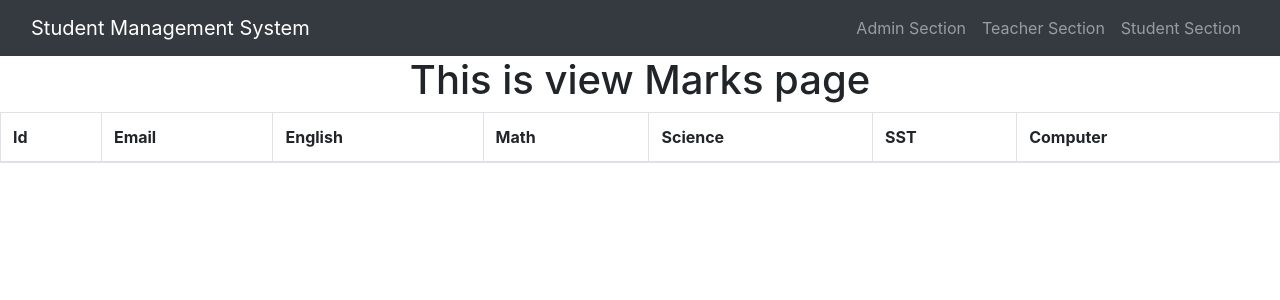
Repository: arupmaji404/StudentManagementSystem
Page: http://localhost/teacher/viewclassmarks
An editor plug-in stored every save of this project. The page is shown before and after the next save, followed by the edit.
The browser window is 1280 px wide. The pictures show the whole page.
The page is this project's Thymeleaf template; nobody is signed in. The template is opened directly, without the code that normally fills it, so the values that code supplies are empty.

Above is the page before, as saved 2022-09-20 09:04:23.

After the next save:
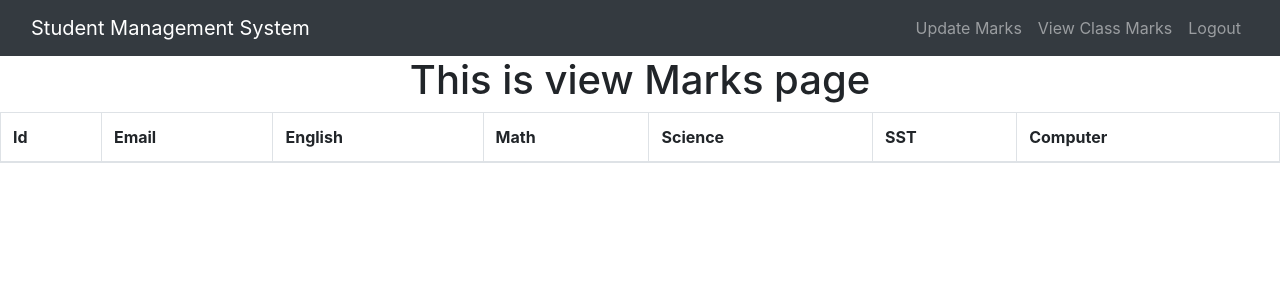
Saved 91 s later.
--- a/StudentManagementSystem/src/main/resources/templates/teacher/viewclassmarks.html
+++ b/StudentManagementSystem/src/main/resources/templates/teacher/viewclassmarks.html
@@ -3,14 +3,14 @@
 <html lang="en" xmlns:th="http://www.thymeleaf.org">
 <head>
 <meta charset="ISO-8859-1">
-<title>SMS</title>
+<title>Employee</title>
 <link rel="stylesheet"
 	href="https://stackpath.bootstrapcdn.com/bootstrap/4.1.3/css/bootstrap.min.css"
 	integrity="sha384-MCw98/SFnGE8fJT3GXwEOngsV7Zt27NXFoaoApmYm81iuXoPkFOJwJ8ERdknLPMO"
 	crossorigin="anonymous">
 </head>
 <body>
-	<div th:insert="navbar :: navbar"></div>
+	<div th:insert="navbar_teacher :: navbar"></div>
 	<div class="text-center mb-2">
 		<h1>This is view Marks  page</h1>
 	</div>
